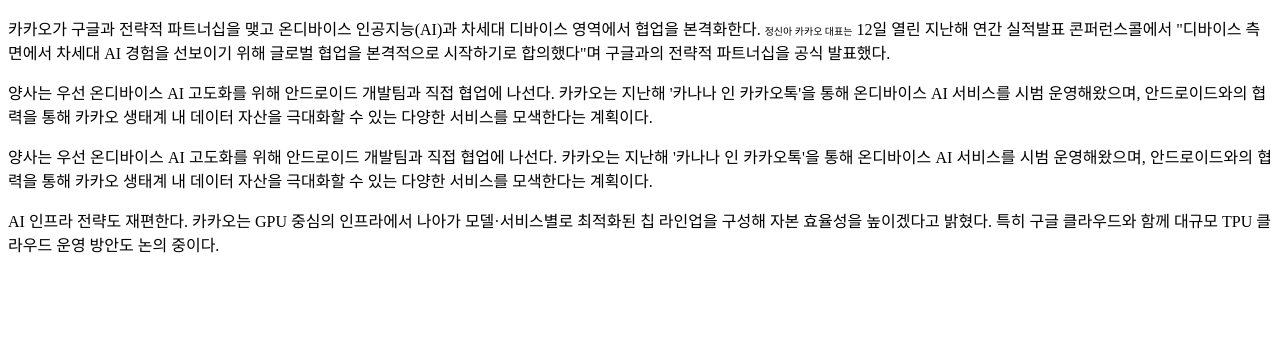
Repository: kmd192kmd/Web
Page: html/HtmlTest/src/main/webapp/ex07_p.html
The author's editor kept a copy of each file at every save. The page is drawn from the files as they stood at one save, then again after the next save.
The browser window is 1280 px wide. The pictures show the whole page.

Above is the page before, as saved 2026-02-13 00:16:32.

### html/HtmlTest/src/main/webapp/ex07_p.html
<!DOCTYPE html>
<html>
<head>
<meta charset="UTF-8">
<title>Insert title here</title>
</head>
<body>
	<!-- ex07_p.html -->
	<!--

		<p>, paragraph
		- 문단 태그
		- 텍스트 집합
		- 쌍태그, 혼합형

		p.align

		<font>
		- 텍스트 서식
		- 쌍태그, 혼합형

		font.size
		- 텍스트 크기
		- 1~7

		font.face

		font.color

	 -->
	<p>카카오가 구글과 전략적 파트너십을 맺고 온디바이스 인공지능(AI)과 차세대 디바이스 영역에서 협업을 본격화한다. <font size="1">정신아 카카오 대표는</font> 12일 열린 지난해 연간 실적발표 콘퍼런스콜에서
	"디바이스 측면에서 차세대 AI 경험을 선보이기 위해 글로벌 협업을 본격적으로 시작하기로 합의했다"며 구글과의 전략적 파트너십을 공식 발표했다.</p>

	<p align="left">양사는 우선 온디바이스 AI 고도화를 위해 안드로이드 개발팀과 직접 협업에 나선다. 카카오는 지난해 '카나나 인 카카오톡'을 통해 온디바이스 AI 서비스를 시범 운영해왔으며,
	안드로이드와의 협력을 통해 카카오 생태계 내 데이터 자산을 극대화할 수 있는 다양한 서비스를 모색한다는 계획이다.</p>

	<p align="justify">양사는 우선 온디바이스 AI 고도화를 위해 안드로이드 개발팀과 직접 협업에 나선다. 카카오는 지난해 '카나나 인 카카오톡'을 통해 온디바이스 AI 서비스를 시범 운영해왔으며,
	 안드로이드와의 협력을 통해 카카오 생태계 내 데이터 자산을 극대화할 수 있는 다양한 서비스를 모색한다는 계획이다.</p>

	<p>AI 인프라 전략도 재편한다. 카카오는 GPU 중심의 인프라에서 나아가 모델·서비스별로 최적화된 칩 라인업을 구성해 자본 효율성을 높이겠다고 밝혔다. 특히 구글 클라우드와 함께
	대규모 TPU 클라우드 운영 방안도 논의 중이다.</p>

</body>
</html>

After the next save:
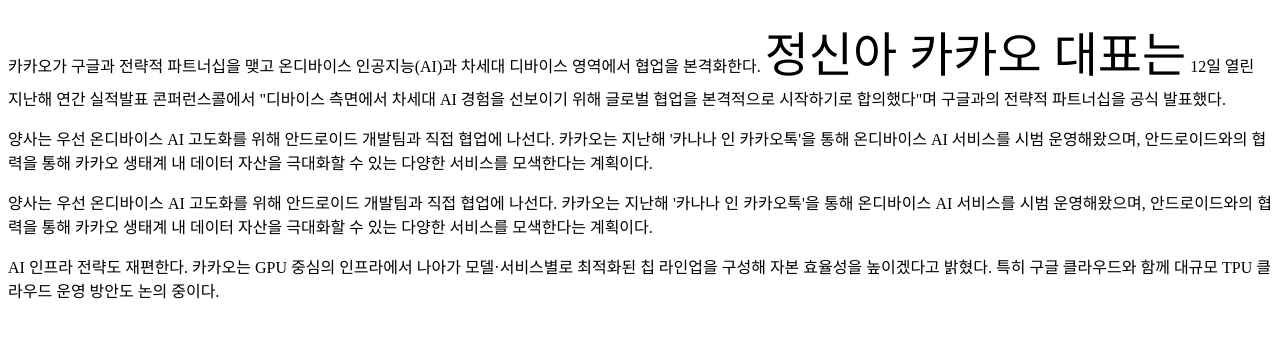
Saved 8 s later.
--- a/html/HtmlTest/src/main/webapp/ex07_p.html
+++ b/html/HtmlTest/src/main/webapp/ex07_p.html
@@ -28,7 +28,7 @@
 		font.color
 
 	 -->
-	<p>카카오가 구글과 전략적 파트너십을 맺고 온디바이스 인공지능(AI)과 차세대 디바이스 영역에서 협업을 본격화한다. <font size="1">정신아 카카오 대표는</font> 12일 열린 지난해 연간 실적발표 콘퍼런스콜에서
+	<p>카카오가 구글과 전략적 파트너십을 맺고 온디바이스 인공지능(AI)과 차세대 디바이스 영역에서 협업을 본격화한다. <font size="7">정신아 카카오 대표는</font> 12일 열린 지난해 연간 실적발표 콘퍼런스콜에서
 	"디바이스 측면에서 차세대 AI 경험을 선보이기 위해 글로벌 협업을 본격적으로 시작하기로 합의했다"며 구글과의 전략적 파트너십을 공식 발표했다.</p>
 
 	<p align="left">양사는 우선 온디바이스 AI 고도화를 위해 안드로이드 개발팀과 직접 협업에 나선다. 카카오는 지난해 '카나나 인 카카오톡'을 통해 온디바이스 AI 서비스를 시범 운영해왔으며,

After the save that followed:
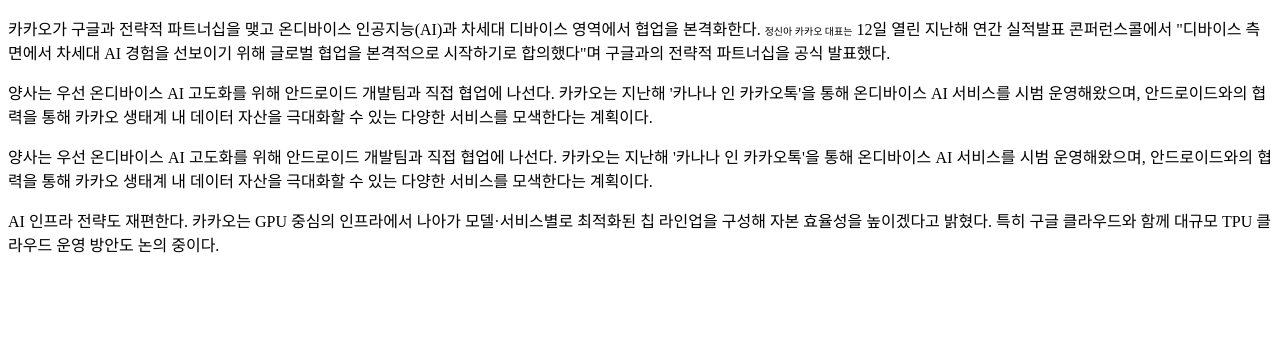
Saved 15 s later.
--- a/html/HtmlTest/src/main/webapp/ex07_p.html
+++ b/html/HtmlTest/src/main/webapp/ex07_p.html
@@ -28,7 +28,7 @@
 		font.color
 
 	 -->
-	<p>카카오가 구글과 전략적 파트너십을 맺고 온디바이스 인공지능(AI)과 차세대 디바이스 영역에서 협업을 본격화한다. <font size="7">정신아 카카오 대표는</font> 12일 열린 지난해 연간 실적발표 콘퍼런스콜에서
+	<p>카카오가 구글과 전략적 파트너십을 맺고 온디바이스 인공지능(AI)과 차세대 디바이스 영역에서 협업을 본격화한다. <font size="1">정신아 카카오 대표는</font> 12일 열린 지난해 연간 실적발표 콘퍼런스콜에서
 	"디바이스 측면에서 차세대 AI 경험을 선보이기 위해 글로벌 협업을 본격적으로 시작하기로 합의했다"며 구글과의 전략적 파트너십을 공식 발표했다.</p>
 
 	<p align="left">양사는 우선 온디바이스 AI 고도화를 위해 안드로이드 개발팀과 직접 협업에 나선다. 카카오는 지난해 '카나나 인 카카오톡'을 통해 온디바이스 AI 서비스를 시범 운영해왔으며,
